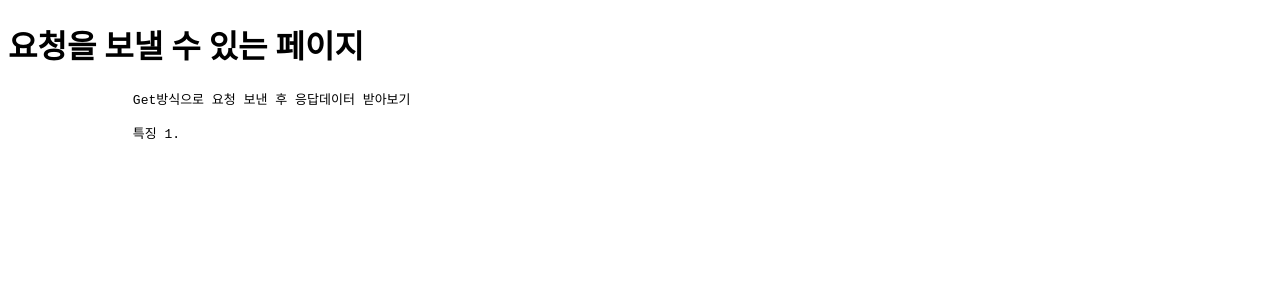
Repository: Simyoungdo04/dynamic-workspace
Page: FirstProject/src/main/webapp/views/request_get.html
These files come from the project's save history. The page is drawn as it stood at one moment and after a run of saves; the edit follows.
The browser window is 1280 px wide. The pictures show the whole page.

Above is the page before, as saved 2026-05-04 03:37:47.

### FirstProject/src/main/webapp/views/request_get.html
<!DOCTYPE html>
<html>
<head>
<meta charset="UTF-8">
<title>요청 페이지</title>
</head>
<body>

	<h1>요청을 보낼 수 있는 페이지</h1>

	<pre>
		Get방식으로 요청 보낸 후 응답데이터 받아보기

		특징 1.
	</pre>

</body>
</html>

After the next 2 saves:
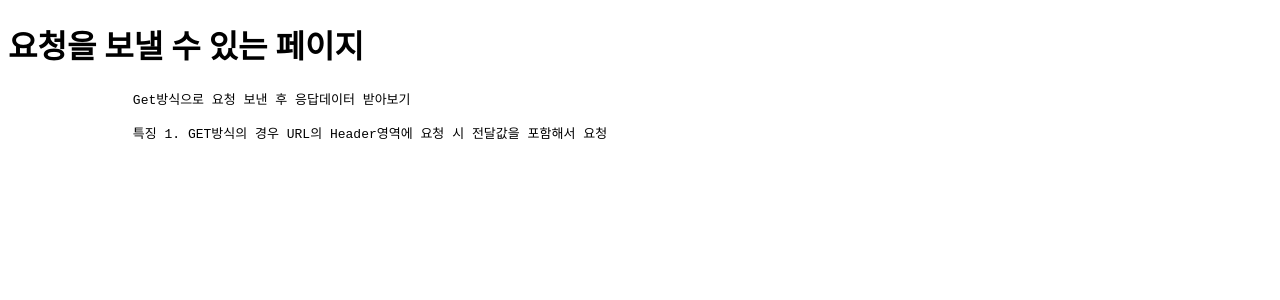
The 2 saves are shown as one change because they came seconds apart.
The last was saved 30 s later.
--- a/FirstProject/src/main/webapp/views/request_get.html
+++ b/FirstProject/src/main/webapp/views/request_get.html
@@ -11,7 +11,7 @@
 	<pre>
 		Get방식으로 요청 보낸 후 응답데이터 받아보기
 
-		특징 1.
+		특징 1. GET방식의 경우 URL의 Header영역에 요청 시 전달값을 포함해서 요청
 	</pre>
 
 </body>
